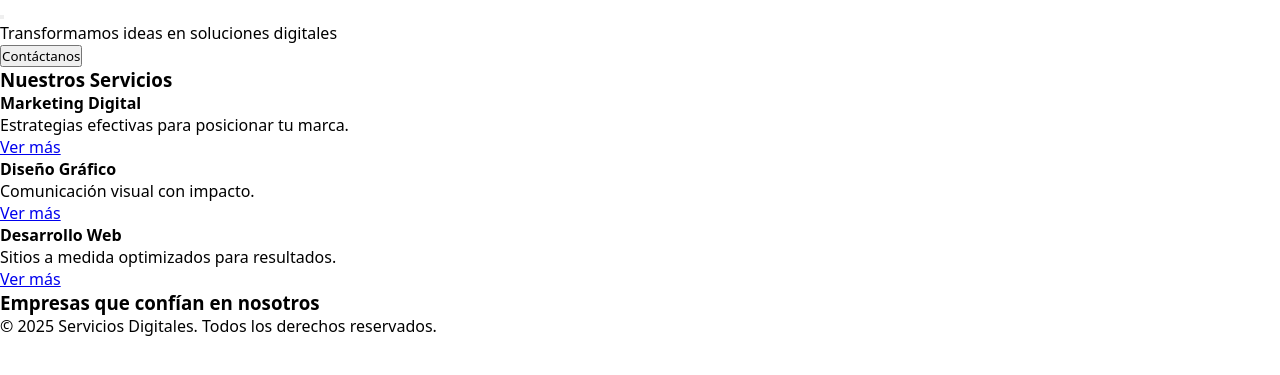
Repository: santinogarrone/TrabajoAgustin
Page: html/index.html
The author's editor kept a copy of each file at every save. The page is drawn from the files as they stood at one save, then again after a run of saves.
The browser window is 1280 px wide. The pictures show the whole page.

Above is the page before, as saved 2025-04-25 18:14:24.
Console error (its wording comes from the project's code and is left out).

After the next 2 saves:
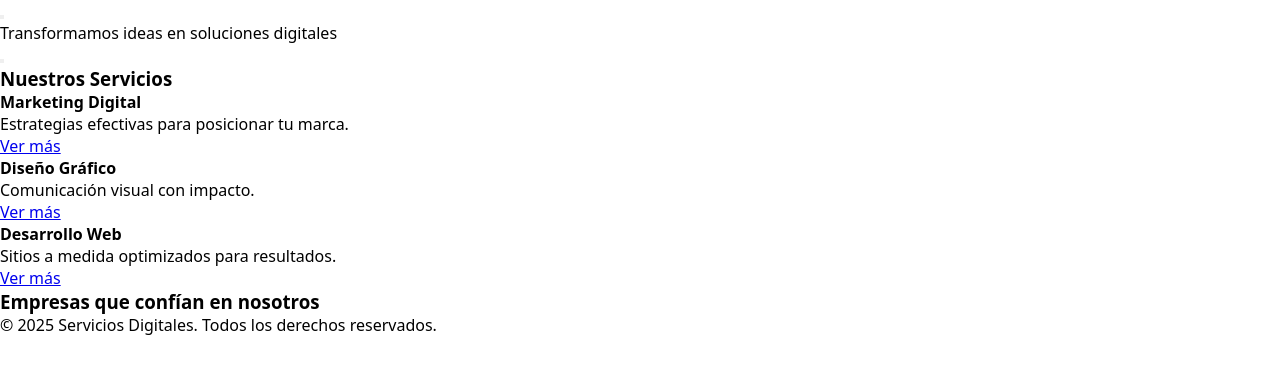
The error is gone.
The 2 saves are shown as one change because they came seconds apart.
The last was saved 23 s later.
--- a/html/index.html
+++ b/html/index.html
@@ -27,7 +27,7 @@
             <div class="contacto">
                 <p>Transformamos ideas en soluciones digitales</p>
 
-                <button class="boton-contactar" onclick="../contacto.html">
+                <button class="boton-contactar"
                     Contáctanos
                 </button>
             </div>
